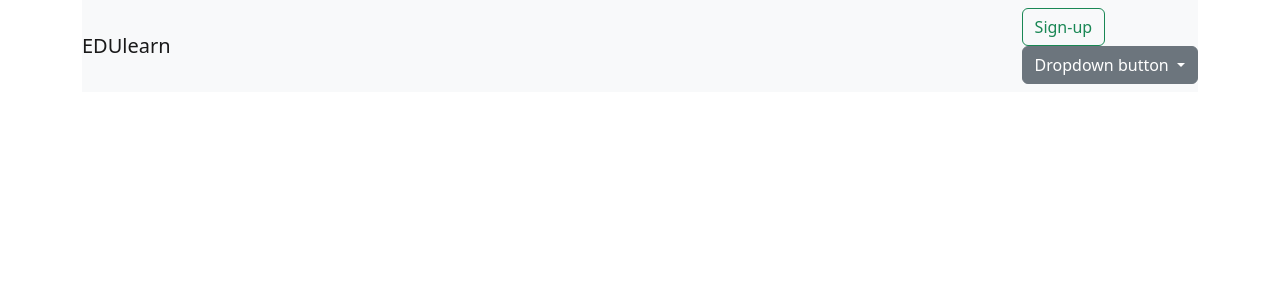
Repository: Amerendra363/Globallogic
Page: Hello/src/main/webapp/index.html
The author's editor kept a copy of each file at every save. The page is drawn from the files as they stood at one save, then again after the next save.
The browser window is 1280 px wide. The pictures show the whole page.

Above is the page before, as saved 2022-08-03 11:17:07.

### Hello/src/main/webapp/index.html
<!DOCTYPE html>
<html lang="en">
<head>
<meta charset="UTF-8">
<meta name="viewport" content="width=device-width, initial-scale=1">

<title>EduLearn</title>
<link
	href="https://cdn.jsdelivr.net/npm/bootstrap@5.2.0/dist/css/bootstrap.min.css"
	rel="stylesheet"
	integrity="sha384-gH2yIJqKdNHPEq0n4Mqa/HGKIhSkIHeL5AyhkYV8i59U5AR6csBvApHHNl/vI1Bx"
	crossorigin="anonymous">
<script
	src="https://cdn.jsdelivr.net/npm/bootstrap@5.2.0/dist/js/bootstrap.bundle.min.js"
	integrity="sha384-A3rJD856KowSb7dwlZdYEkO39Gagi7vIsF0jrRAoQmDKKtQBHUuLZ9AsSv4jD4Xa"
	crossorigin="anonymous"></script>
<link rel="stylesheet" href="idexcss.css">
<body>
<div class="container">
<nav class="navbar navbar-light bg-light justify-content-between">
  <a class="navbar-brand">EDUlearn</a>
  <form class="form-inline">

    <button class="btn btn-outline-success my-2 my-sm-0" type="submit">Sign-up</button>
    <div class="dropdown">
  <button class="btn btn-secondary dropdown-toggle" type="button" data-bs-toggle="dropdown" aria-expanded="false">
    Dropdown button
  </button>
  <ul class="dropdown-menu">
    <li><a class="dropdown-item" href="#">Action</a></li>
    <li><a class="dropdown-item" href="#">Another action</a></li>
    <li><a class="dropdown-item" href="#">Something else here</a></li>
  </ul>
</div>
  </form>

</nav>
</div>
</body>
</head>
</html>

### Hello/src/main/webapp/idexcss.css
.container {

}
.row{
	border:8px;
}
.col{
	border:3px solid;
}

After the next save:
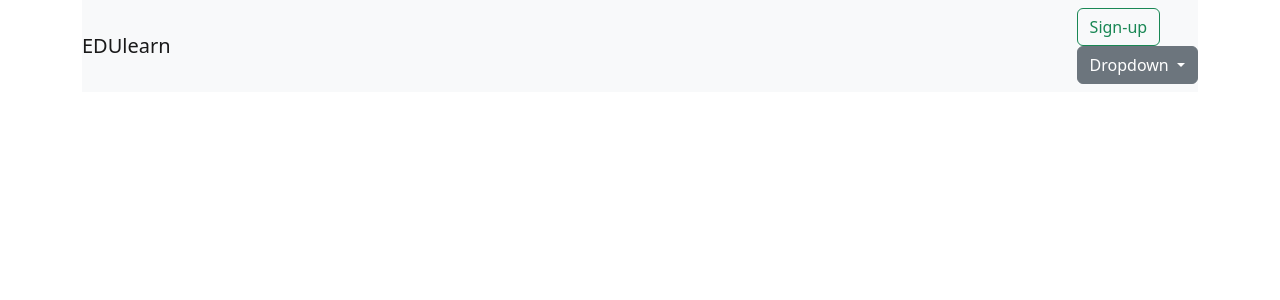
Saved 39 s later.
--- a/Hello/src/main/webapp/index.html
+++ b/Hello/src/main/webapp/index.html
@@ -24,7 +24,7 @@
     <button class="btn btn-outline-success my-2 my-sm-0" type="submit">Sign-up</button>
     <div class="dropdown">
   <button class="btn btn-secondary dropdown-toggle" type="button" data-bs-toggle="dropdown" aria-expanded="false">
-    Dropdown button
+    Dropdown
   </button>
   <ul class="dropdown-menu">
     <li><a class="dropdown-item" href="#">Action</a></li>
